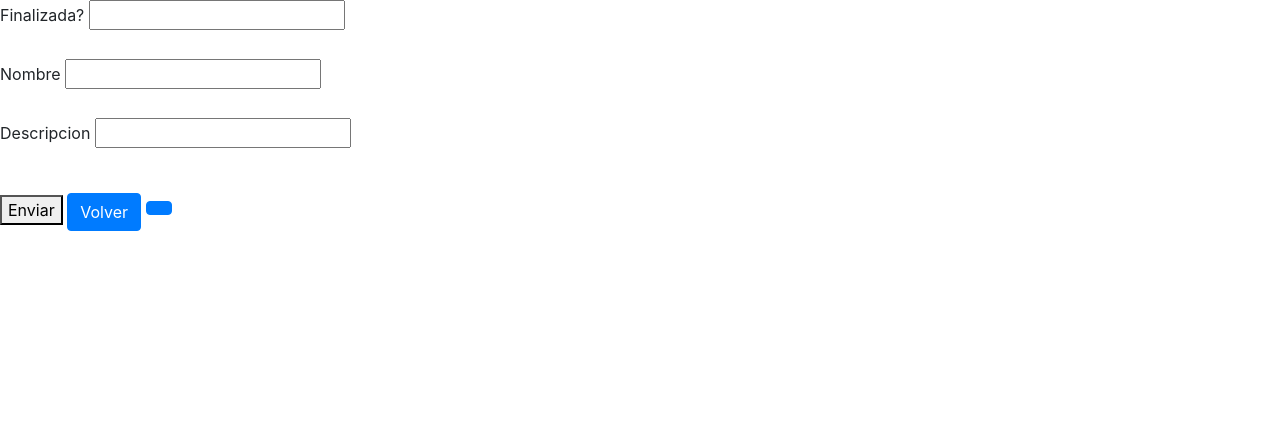
Repository: Alemartinez97/New-Repository
Page: programacion-3/tp4/tareas/formulario/form.html
An editor plug-in stored every save of this project. The page is shown before and after the next save, followed by the edit.
The browser window is 1280 px wide. The pictures show the whole page.

Above is the page before, as saved 2020-06-11 15:11:27.
Not found: programacion-3/tp4/tareas/formulario/main.js

### programacion-3/tp4/tareas/formulario/form.html

<!DOCTYPE html>
<html>

<head>
    <meta charset="utf-8" />
    <meta http-equiv="X-UA-Compatible" content="IE=edge">
    <title>Page Title</title>
    <meta name="viewport" content="width=device-width, initial-scale=1">
    <link rel="stylesheet" href="https://stackpath.bootstrapcdn.com/bootstrap/4.5.0/css/bootstrap.min.css" integrity="sha384-9aIt2nRpC12Uk9gS9baDl411NQApFmC26EwAOH8WgZl5MYYxFfc+NcPb1dKGj7Sk" crossorigin="anonymous">
    <script src="main.js"></script>
</head>

<body>
    <form class="form-group">
        <label for="">Finalizada?</label>
        <input type="text" id="estado"><br>
    </br>
		<label for="">Nombre</label>
        <input type="text" id="nombre"><br>
    </br>
        <label for="">Descripcion</label>
        <input type="text" id="descripcion"><br>
    </br>
        </button>
	</form>

    <button onclick="enviarDatos()">Enviar</button>
    <a href="../lista.html" class="btn btn-primary">Volver</a>
    <h3 id="resultado" class="btn btn-primary"></h3>
    <script src="./js/tp3.js"></script>
</body>

</html>

### programacion-3/tp3/js/tp3.js
function enviarDatos() {


    let codigo = document.getElementById("codigo").value;
    let nombre = document.getElementById("nombre").value;
    let marca = document.getElementById("marca").value;
    let precio= document.getElementById("precio").value;

    let request = { codigo: codigo, nombre: nombre, marca: marca,precio: precio };

        document.getElementById("resultado").innerHTML = JSON.stringify(request);
        console.log("Detalle Producto: ",request)

        setTimeout(function() {
            document.getElementById("resultado").innerHTML = JSON.stringify(request) + "... Enviada exitosamente";
        }, 3000);
    }

After the next save:
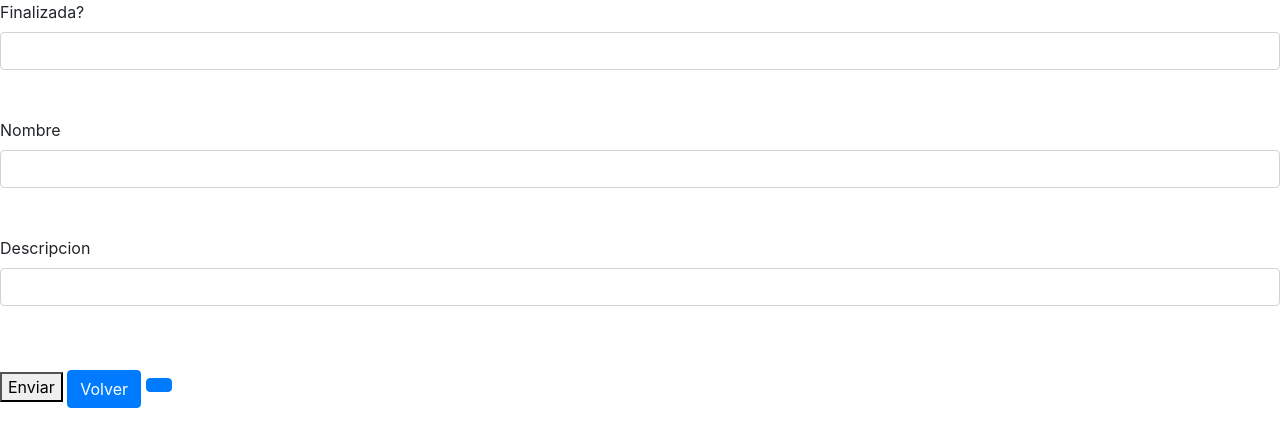
Saved 94 s later.
--- a/programacion-3/tp4/tareas/formulario/form.html
+++ b/programacion-3/tp4/tareas/formulario/form.html
@@ -13,14 +13,14 @@
 
 <body>
     <form class="form-group">
-        <label for="">Finalizada?</label>
-        <input type="text" id="estado"><br>
+        <label for="" >Finalizada?</label>
+        <input type="text" id="estado" class="form-control"  aria-describedby="emailHelp"><br>
     </br>
 		<label for="">Nombre</label>
-        <input type="text" id="nombre"><br>
+        <input type="text" id="nombre" class="form-control"  aria-describedby="emailHelp"><br>
     </br>
         <label for="">Descripcion</label>
-        <input type="text" id="descripcion"><br>
+        <input type="text" id="descripcion" class="form-control"  aria-describedby="emailHelp"><br>
     </br>
         </button>
 	</form>
